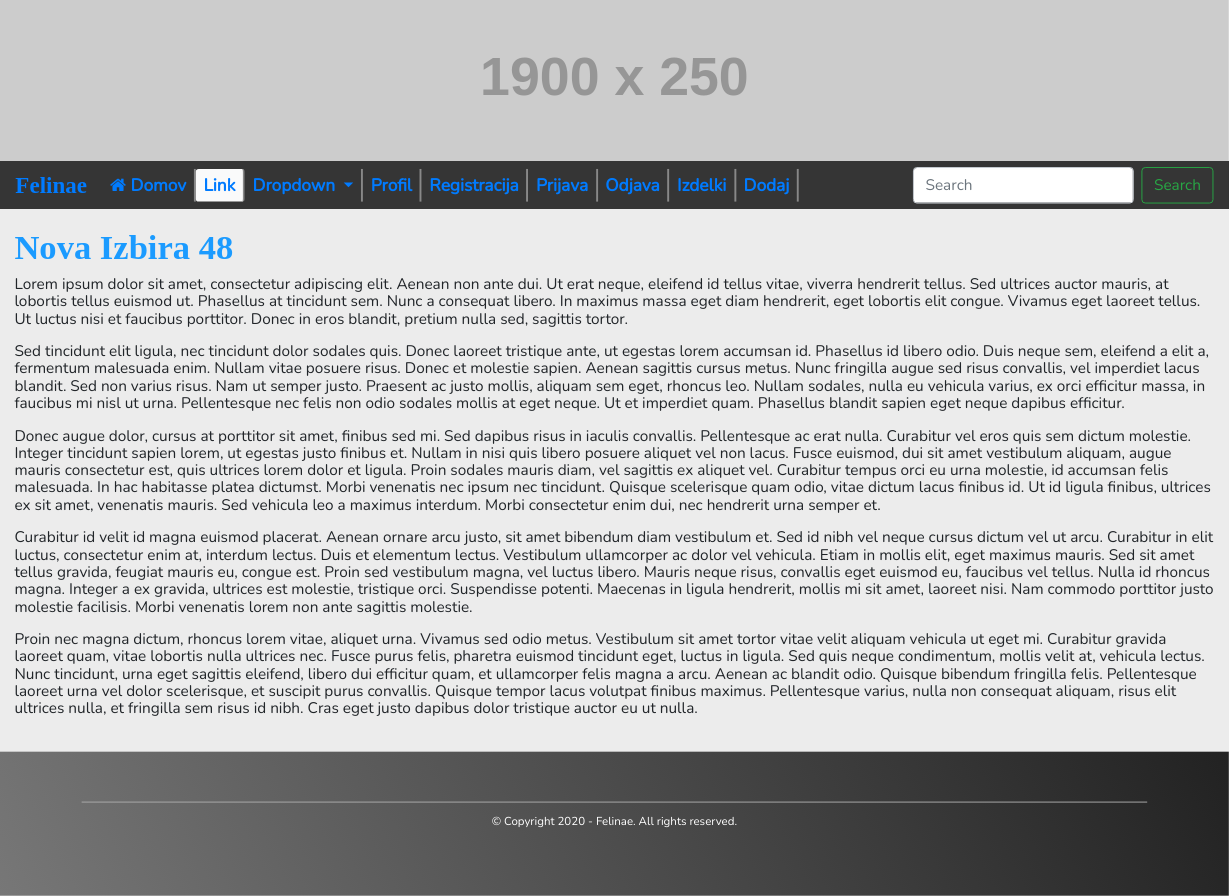
Repository: UrbyK/Felinae
Page: http://localhost/index.php?page=home
The author's editor kept a copy of each file at every save. The page is drawn from the files as they stood at one save, then again after the next save.
The browser window is 1280 px wide. The pictures show the whole page, at 96% of full size.
Some web fonts or font styles are not loaded; a fallback is used. The page is run by PHP 8.4 with error messages shown; the project is at /var/www/html/.

Above is the page before, as saved 2020-08-29 19:02:32.

### index.php
<?php
    session_start();

    include './functions.php';

    $pdo = pdo_connect_mysql();

    $_GET   = filter_input_array(INPUT_GET, FILTER_SANITIZE_STRING);
    $_POST  = filter_input_array(INPUT_POST, FILTER_SANITIZE_STRING);

    $page = isset($_GET['page']) && file_exists($_GET['page']. '.php') ? $_GET['page'] : 'home';
    include $page . '.php';

    template_footer();

?>

### functions.php
<?php
    include './includes/dbh.inc.php';

    include_once('./includes/search-functions.php');
    include_once('./includes/picture-upload.inc.php');

    function template_header($title){
        include_once('./header.php');
    }

    function template_footer(){
        include_once('./footer.php');
    }


    function countries(){
        $pdo = pdo_connect_mysql();
        $stmt = $pdo->prepare("SELECT * FROM country");
        $stmt->execute();
        $result = $stmt->fetchAll(PDO::FETCH_ASSOC);
        return $result;
    }

    function slugify($string){
        return strtolower(trim(preg_replace('/[^A-Za-z0-9-]+/', '-', $string), '-'));
    }

    function get_image($product_id){
        $pdo = pdo_connect_mysql();
        $stmt = $pdo->prepare("SELECT * FROM product_image WHERE product_id = ?");
        $stmt->execute([$product_id]);
        $result = $stmt->fetchAll(PDO::FETCH_ASSOC);
        return $result;
    }

    function retail_price($product_id){
        $pdo = pdo_connect_mysql();
        $stmt = $pdo->prepare("SELECT * FROM product WHERE ID = ?");
        $stmt->execute([$product_id]);
        $product = $stmt->fetch();

        if($product['startsAt'] <= date('Y-m-d H:i:s') && date('Y-m-d H:i:s') <= $product['endsAt']){
            $retail_price = round($product['price']-($product['price']*($product['discount']/100)), 2);
        }
        else{
            $retail_price = $product['price'];
        }

        return $retail_price;

    }

?>

### includes/dbh.inc.php
<?php
    function pdo_connect_mysql(){
        /* credentials */
        $dbHost = 'localhost';
        $dbUser = 'root';
        $dbPass = '';
        $dbName = 'felinae';

        try{
            return new PDO('mysql:host=' . $dbHost . ';dbname=' . $dbName . ';charset=utf8', $dbUser, $dbPass);
        } catch (PDOException $exception) {
            // If there is an error with the connection, stop the script and display the error.
            die ('Failed to connect to database!'. $exception->getMessage());
        }
    }
?>

### includes/search-functions.php
<?php
    function get_city($pdo, $city, $postalCode, $country_id){

        $query = "SELECT * FROM city WHERE country_id = ? AND lower(city) LIKE lower(?) AND postalCode = ?";
        $stmt = $pdo->prepare($query);
        $stmt->execute([$country_id, $city, $postalCode]);
        return $stmt;
    }
?>

### includes/picture-upload.inc.php
<?php

    function image_upload($product_id, $url, $caption, $i){

        $pdo = pdo_connect_mysql();
        $target_dir = "./uploads/";
        $relative_dir = "./uploads/";

        $change_name = date("Y-m-d-h-i-s")."-".$product_id."-".basename($url);
        $change_name;
        $target_file = $target_dir . $change_name;
        $relative_file = $relative_dir . $change_name;

        $uploadOk = 1;
        $imageFileType = strtolower(pathinfo($target_file,PATHINFO_EXTENSION));

        if(isset($_POST["submit"])) {
            $check = getimagesize($_FILES["image"]["tmp_name"][$i]);
            if($check !== false) {
                //echo "File is an image - " . $check["mime"] . ".";
                $uploadOk = 1;
            } else {
                //echo "File is not an image.";
                $uploadOk = 0;
            }
        }

        if($imageFileType != "jpg" && $imageFileType != "png" && $imageFileType != "jpeg"
        && $imageFileType != "gif" ) {
            $uploadOk = 0;
        }

        if ($uploadOk == 1) {
            if (move_uploaded_file($_FILES["image"]["tmp_name"][$i], $target_file)) {
                //vse je ok, zapišem še v bazo
                $query = "INSERT INTO product_image(product_id, image, caption) VALUES (?,?,?)";
                $stmt = $pdo->prepare($query);
                $stmt->execute([$product_id, $relative_file, $caption]);
            }
        }
    }

?>

### home.php
<?=template_header('Home')?>
<div class="row">
    <h1>Nova Izbira 48</h1>
    <p>
    Lorem ipsum dolor sit amet, consectetur adipiscing elit. Aenean non ante dui. Ut erat neque, eleifend id tellus vitae, viverra hendrerit tellus. Sed ultrices auctor mauris, at lobortis tellus euismod ut. Phasellus at tincidunt sem. Nunc a consequat libero. In maximus massa eget diam hendrerit, eget lobortis elit congue. Vivamus eget laoreet tellus. Ut luctus nisi et faucibus porttitor. Donec in eros blandit, pretium nulla sed, sagittis tortor.
    </p>
    <p>
    Sed tincidunt elit ligula, nec tincidunt dolor sodales quis. Donec laoreet tristique ante, ut egestas lorem accumsan id. Phasellus id libero odio. Duis neque sem, eleifend a elit a, fermentum malesuada enim. Nullam vitae posuere risus. Donec et molestie sapien. Aenean sagittis cursus metus. Nunc fringilla augue sed risus convallis, vel imperdiet lacus blandit. Sed non varius risus. Nam ut semper justo. Praesent ac justo mollis, aliquam sem eget, rhoncus leo. Nullam sodales, nulla eu vehicula varius, ex orci efficitur massa, in faucibus mi nisl ut urna. Pellentesque nec felis non odio sodales mollis at eget neque. Ut et imperdiet quam. Phasellus blandit sapien eget neque dapibus efficitur.
    </p>
    <p>
    Donec augue dolor, cursus at porttitor sit amet, finibus sed mi. Sed dapibus risus in iaculis convallis. Pellentesque ac erat nulla. Curabitur vel eros quis sem dictum molestie. Integer tincidunt sapien lorem, ut egestas justo finibus et. Nullam in nisi quis libero posuere aliquet vel non lacus. Fusce euismod, dui sit amet vestibulum aliquam, augue mauris consectetur est, quis ultrices lorem dolor et ligula. Proin sodales mauris diam, vel sagittis ex aliquet vel. Curabitur tempus orci eu urna molestie, id accumsan felis malesuada. In hac habitasse platea dictumst. Morbi venenatis nec ipsum nec tincidunt. Quisque scelerisque quam odio, vitae dictum lacus finibus id. Ut id ligula finibus, ultrices ex sit amet, venenatis mauris. Sed vehicula leo a maximus interdum. Morbi consectetur enim dui, nec hendrerit urna semper et.
    </p>
    <p>
    Curabitur id velit id magna euismod placerat. Aenean ornare arcu justo, sit amet bibendum diam vestibulum et. Sed id nibh vel neque cursus dictum vel ut arcu. Curabitur in elit luctus, consectetur enim at, interdum lectus. Duis et elementum lectus. Vestibulum ullamcorper ac dolor vel vehicula. Etiam in mollis elit, eget maximus mauris. Sed sit amet tellus gravida, feugiat mauris eu, congue est. Proin sed vestibulum magna, vel luctus libero. Mauris neque risus, convallis eget euismod eu, faucibus vel tellus. Nulla id rhoncus magna. Integer a ex gravida, ultrices est molestie, tristique orci. Suspendisse potenti. Maecenas in ligula hendrerit, mollis mi sit amet, laoreet nisi. Nam commodo porttitor justo molestie facilisis. Morbi venenatis lorem non ante sagittis molestie.
    </p>
    <p>
    Proin nec magna dictum, rhoncus lorem vitae, aliquet urna. Vivamus sed odio metus. Vestibulum sit amet tortor vitae velit aliquam vehicula ut eget mi. Curabitur gravida laoreet quam, vitae lobortis nulla ultrices nec. Fusce purus felis, pharetra euismod tincidunt eget, luctus in ligula. Sed quis neque condimentum, mollis velit at, vehicula lectus. Nunc tincidunt, urna eget sagittis eleifend, libero dui efficitur quam, et ullamcorper felis magna a arcu. Aenean ac blandit odio. Quisque bibendum fringilla felis. Pellentesque laoreet urna vel dolor scelerisque, et suscipit purus convallis. Quisque tempor lacus volutpat finibus maximus. Pellentesque varius, nulla non consequat aliquam, risus elit ultrices nulla, et fringilla sem risus id nibh. Cras eget justo dapibus dolor tristique auctor eu ut nulla.
    </p>
</div>

<?=template_footer()?>

### header.php
<!DOCTYPE html>
<html>
    <head>
        <meta charset="utf-8" content="text/html"/>
        <meta name="viewport" content="width=device-width, intital-scale=1.0"/>

        <!-- JavaScript -->
        <script src="https://code.jquery.com/jquery-3.5.1.js" integrity="sha256-QWo7LDvxbWT2tbbQ97B53yJnYU3WhH/C8ycbRAkjPDc=" crossorigin="anonymous"></script>
        <!-- Boostrap -->
            <!-- CSS -->
        <link rel="stylesheet" href="https://stackpath.bootstrapcdn.com/bootstrap/4.5.0/css/bootstrap.min.css"
            integrity="sha384-9aIt2nRpC12Uk9gS9baDl411NQApFmC26EwAOH8WgZl5MYYxFfc+NcPb1dKGj7Sk" crossorigin="anonymous" />

            <!-- JavaScript -->
        <script src="https://stackpath.bootstrapcdn.com/bootstrap/4.5.0/js/bootstrap.bundle.min.js"
             integrity="sha384-1CmrxMRARb6aLqgBO7yyAxTOQE2AKb9GfXnEo760AUcUmFx3ibVJJAzGytlQcNXd" crossorigin="anonymous"></script>

        <!-- FONTAWESOME -->
        <link rel="stylesheet" href="https://stackpath.bootstrapcdn.com/font-awesome/4.7.0/css/font-awesome.min.css" integrity="sha384-wvfXpqpZZVQGK6TAh5PVlGOfQNHSoD2xbE+QkPxCAFlNEevoEH3Sl0sibVcOQVnN"
         crossorigin="anonymous">

         <script src="./js/active-menu.js" crossorigin="anonymous"></script>

         <!--CUSTOM CSS-->
         <link rel="stylesheet" href="./css/style.css">

        <title>Felinae</title>
    </head>

    <body>

        <header>
            <div class="banner"><img src="https://via.placeholder.com/1900x250" alt="banner"></div>
        </header>

       <!-- <nav class="navbar sticky-top navbar-expand-lg navbar-light bg-light ">-->
        <nav class="navbar sticky-top navbar-expand-lg">
            <a class="navbar-brand" href="#">Felinae</a>
            <button class="navbar-toggler ml-auto custom-toggler" type="button" data-toggle="collapse" data-target="#navbarSupportedContent" aria-controls="navbarSupportedContent" aria-expanded="false" aria-label="Toggle navigation">
                <span class="navbar-toggler-icon"></span>
            </button>

            <div class="collapse navbar-collapse" id="navbarSupportedContent">

                <ul class="navbar-nav mr-auto">
                    <li class="nav-item">
                        <a class="nav-link" href="./index.php"><i class="fa fa-home" aria-hidden="true"></i> Domov <span class="sr-only">(current)</span></a>
                    </li>
                    <li class="nav-item">
                        <a class="nav-link" href="./index.php?page=home">Link</a>
                    </li>
                    <li class="nav-item dropdown" >
                        <a class="nav-link dropdown-toggle" href="#" id="navbarDropdown" role="button" data-toggle="dropdown" aria-haspopup="true" aria-expanded="false">
                        Dropdown
                        </a>
                        <div class="dropdown-menu" aria-labelledby="navbarDropdown">
                        <a class="dropdown-item" href="#">Action</a>
                        <a class="dropdown-item" href="#">Another action</a>
                        <div class="dropdown-divider"></div>
                        <a class="dropdown-item" href="#">Something else here</a>
                        </div>
                    </li>

                    <li class="nav-item">
                        <a class="nav-link" href="./index.php?page=profile">Profil</a>
                    </li>
                    <li class="nav-item">
                        <a class="nav-link" href="./index.php?page=register-user">Registracija</a>
                    </li>
                    <li class="nav-item">
                        <a class="nav-link" href="./index.php?page=login">Prijava</a>
                    </li>
                    <li class="nav-item">
                        <a class="nav-link" href="./index.php?page=logout">Odjava</a>
                    </li>
                    <li class="nav-item">
                        <a class="nav-link" href="./index.php?page=products">Izdelki</a>
                    </li>
                    <li class="nav-item">
                        <a class="nav-link" href="./index.php?page=product-add">Dodaj</a>
                    </li>

                </ul>

                <form class="form-inline my-2 my-lg-0">
                    <input class="form-control mr-sm-2" type="search" placeholder="Search" aria-label="Search">
                    <button class="btn btn-outline-success my-2 my-sm-0" type="submit">Search</button>
                </form>

            </div>
        </nav>

    <div class="container-fluid">

### footer.php
    </div><!-- class="container-fluid" --->

        <footer class="page-footer font-small flow-footer" id="footer" role="contentinfo">
            <div class="footer-wrapper">
                <div class="container container-footer">
                    <div class="row">

                        <div class="col-12 copy">

                            <p class="text-center">&copy; Copyright 2020 - Felinae.  All rights reserved.</p>

                        </div>

                    </div>
                </div>
            </div>
        </footer>





    </body>
</html>

### js/active-menu.js
$(function(){
    // this will get the full URL at the address bar
    var url = window.location.href;

    // passes on every "a" tag
    $(".navbar a").each(function() {
            // checks if its the same on the address bar
        if(url === (this.href)) {
            $(this).closest("li").addClass("active");
        }
    });
});

### css/style.css
@import url('http://fonts.googleapis.com/css?family=Oxygen+Mono');
@import url('https://fonts.googleapis.com/css?family=Damion|Neucha|Pacifico|Yellowtail&display=swap');
@import url('https://fonts.googleapis.com/css2?family=Crimson+Text&family=Nunito&family=Overlock&family=Source+Sans+Pro&display=swap');
@import url('https://fonts.googleapis.com/css2?family=Love+Ya+Like+A+Sister&display=swap');

*{
    text-decoration: none;
    list-style: none;
}

body{
    padding: 0;
    margin: 0 auto;
    font-size: 16px;
    line-height: 1.125em;
    font-family: 'Nunito', 'Source Sans Pro', sans-serif;
    background-color: #ececec;
    height: 100%;
}

h1, h2, h3, h4, h5, h6{
    font-family: 'Overlock', 'Crimson Text', cursive, serif;
    color: #1b9bff;
    font-weight: 550;
    line-height: 1.125em;
}

h1{
    font-size: 36px;
}
h2{
    font-size: 32px;
}
h3{
    font-size: 28px;
}
h4{
    font-size: 24px;
}
h5{
    font-size: 20px;
}
h6{
    font-size: 16px;
}

.container, .container-fluid{
  height: 100%;
  min-height: 100%;
}

/* BANNER */

@media all and (max-width: 800px){
  .banner{
     display: none;
  }
}

.banner img{
    width: 100%;
    height: auto;
}

/*NAVBAR*/
.navbar{
    background-color: rgb(53,53,53);
    font-size: 18px;
    font-weight: 600;
    max-height: 50px;
}

.navbar-brand{
    font-size: 24px;
    font-family: 'Love Ya Like A Sister','Overlock';
    font-weight: 800;

}

.custom-toggler .navbar-toggler-icon {
    background-image: url("data:[embedded picture, 239 characters]");
  }

  .custom-toggler, .navbar-toggler {
    border-color: rgb(27, 155, 255);
    border-width: 2px;
  }

  .active{
    background-color: #FAFAFA;
    border-radius: 3px;
  }
.navbar-nav .nav-item{
    border-right: 2px solid #888;
}

/*=======FOOTER=========*/
footer {
  background: #535355;
  background: -webkit-linear-gradient(63deg, #777777, #222222);
  background: linear-gradient(63deg, #777777, #222222);
  color: white;
  height: 150px;
  position: relative;
  width: 100%;
}

footer a {
  color: #fefefe;
  font-size: 14px;
  transition-duration: 0.2s;
}

footer a:hover {
  color: #1b9bff;
  text-decoration: none;
}

.copy {
  font-size: 12px;
  padding: 10px;
  border-top: 1px solid #aaa;
}

.footer-wrapper {
  padding-top: 2em;
  color: white;
}



/*REGISTER/LOGIN FORM*/

.my-form .hint{
    font-size: 10px;
}

/*======PRODUCT ADD======*/
.form-group .col #charNum{
  float: right;
}

/*======== HOVERBOX ==============*/
/* displays text when you hover over the image */
.hvrbox,
.hvrbox * {
  box-sizing: border-box;
}

.hvrbox {
  position: relative;
  display: inline-block;
  overflow: hidden;

  height: 100%;
  width: auto;
  margin-top: 5%;
  padding-bottom: 10px;

  border-bottom: 1px dashed #aaa;
}

.hvrbox img {
  max-width: 100%;
  margin: auto;
}

.hvrbox .hvrbox-layer_bottom {
  display: block;
}

.hvrbox .hvrbox-layer_top {
  opacity: 0;
  position: absolute;
  top: 0;
  left: 0;
  right: 0;
  bottom: 0;
  width: 100%;
  height: 100%;
  background: rgba(0, 0, 0, 0.6);
  color: #fff;
  padding: 15px;
  -moz-transition: all 0.5s ease-in-out 0s;
  -webkit-transition: all 0.5s ease-in-out 0s;
  -ms-transition: all 0.5s ease-in-out 0s;
  transition: all 0.5s ease-in-out 0s;
}

.hvrbox:hover .hvrbox-layer_top,
.hvrbox.active .hvrbox-layer_top {
  opacity: 1;
  height: 100%;
}

.hvrbox .hvrbox-text {
  text-align: center;
  font-size: 17px;
  display: inline-block;
  position: absolute;
  top: 50%;
  left: 50%;
  -moz-transform: translate(-50%, -50%);
  -webkit-transform: translate(-50%, -50%);
  -ms-transform: translate(-50%, -50%);
  transform: translate(-50%, -50%);
}

.hvrbox .hvrbox-text_mobile {
  font-size: 15px;
  border-top: 1px solid rgb(179, 179, 179); /* for old browsers */
  border-top: 1px solid rgba(179, 179, 179, 0.7);
  margin-top: 5px;
  padding-top: 2px;
  display: none;
}

.hvrbox.active .hvrbox-text_mobile {
  display: block;
}

.hvrbox .hvrbox-layer_slideup {
  -moz-transform: translateY(100%);
  -webkit-transform: translateY(100%);
  -ms-transform: translateY(100%);
  transform: translateY(100%);
}

.hvrbox:hover .hvrbox-layer_slideup,
.hvrbox.active .hvrbox-layer_slideup {
  -moz-transform: translateY(0);
  -webkit-transform: translateY(0);
  -ms-transform: translateY(0);
  transform: translateY(0);
}

.hvrbox:hover .price{
  color: #fff;
  -moz-transition: color 0.8s ease 0s;
  -webkit-transition: color 0.8s ease 0s;
  -ms-transition: color 0.8s ease 0s;
  transition: color 0.8s ease 0s;
}

/*========PRODUCTS=========*/
.card-btn form input{
  max-width: 250px;
  width: 100%;
}

form input[type="number"] {
  width: 100%;
	padding: 10px;
	margin-bottom: 15px;
	border: 1px solid #aaa;
	color: #555555;
  border-radius: 5px;
  -moz-appearance: textfield;
}

form input[type="submit"] {
	background-color: #1b9bff;;
	border: 0;
	color: #FFFFFF;
	width: 100%;
	padding: 12px 0;
	text-transform: uppercase;
	font-size: 14px;
	font-weight: bold;
	border-radius: 5px;
  cursor: pointer;

}

form input[type="submit"]:hover {
	background-color: #1a5f94;;
}


.product-item {
  background-color: #fff;
  border: 1px solid black;
}

.product-name{
  font-size: 16px;
  /*padding-top: 15px;*/
  font-weight: bold;
  color: #1b9bff;
  font-family: 'Franklin Gothic Medium', 'Arial Narrow', Arial, sans-serif;
}

.product-name:hover{
color: #1a5f94;
}



/* THUMBNAIL FOR IMAGE PREVIEW ON PRODUCTS*/
.img-thumbnail{
  max-height: 100%;
  height: auto;
  width: auto;
}

.row{
  margin: 20px auto;
}


/* CARD */
.products-preview{
  max-height: 450px;
}

.products-preview-body{
  height: 200px;

}

.products-preview-body ul{
  list-style: none;
  padding: 0;
}
/*
.products-preview-body span {
  position: relative;
  display: block;
}*/

/*==products prices==*/
.card-btn{
  margin: 20px auto;
}

.price{
  font-weight: bold;
  font-size: 20px;
  color: #3f3f3f;
  }

.old-price{
  font-size: 20px;
  margin: 0 5px;
  font-weight: normal;
  color: #777;
}

.discount{
  font-size: 18px;
  color: #eee;
  font-weight: 900;
  border: 2px solid #009900;
  border-radius: 50%;
  background-color: #009900;
  margin: 3px;
  padding: 5px;
  float: right;
  text-decoration: none;
}

del, .old-price{
  text-decoration: line-through;
}

input[type=submit]:disabled{
  background-color: #346081;
}

.product-picture{
  display: flex;
  align-items: center;
  justify-content: center;
}

.product-picture img{
  align-items: center;
  justify-content: center;
  max-width: 100%;
  margin: auto;
  border: 2px solid #aaa;
  max-height: 650px;
  /*border-radius: 50px;*/
}



.product-info{
  margin: auto 0;
  padding-right: 5%;
  padding-bottom: 55px;
  background-color: #efefef;
}

.product-info h1 {
	font-size: 34px;
	font-weight: normal;
	margin: 0;
  padding: 20px 0 10px 0;
  color: #1b9bff;
  font-family:  'Franklin Gothic Medium', 'Arial Narrow', Arial, sans-serif;
}

.product-info .price {
	display: block;
	font-size: 22px;
}

.product-info form {
	display: flex;
	flex-flow: column;
  margin: 40px 0;
}

.product-info form input,
.card-btn form input{
  max-width: 250px;
  width: 100%;
}

.product-info form input[type="number"],
.card-btn form input[type="number"],
.cart form input[type="number"] {
  width: 100%;
	padding: 10px;
	margin-bottom: 15px;
	border: 1px solid #aaa;
	color: #555555;
  border-radius: 5px;
  -moz-appearance: textfield;
}

.product-info form input[type="submit"],
.card-btn form input[type="submit"] {
	background-color: #1b9bff;;
	border: 0;
	color: #FFFFFF;
	width: 100%;
	padding: 12px 0;
	text-transform: uppercase;
	font-size: 14px;
	font-weight: bold;
	border-radius: 5px;
  cursor: pointer;

}
.product-info form input[type="submit"]:hover,
.card-btn form input[type="submit"]:hover {
	background-color: #1a5f94;;
}
/*
.product-price .old-price{
  float: left;
}
*/
li .discount{
  float: none;
  text-decoration: none !important;
}

.product-price .retail-price{
  font-size: 38px;
  margin-top: 24px;
}

/*===CAROUSEL===*/
.carousel-control:hover{
  background-color: rgba(51, 51, 51, 0.5);
}

.carousel-inner {
  margin: auto 0;
}

.sales-date{
  margin-bottom: 10px;
  font-size: 18px;
  color: #009900;
}

.whitespace{
  white-space: pre-wrap;
}

.products-preview{
  margin: 5px auto;
}

.measurements{
  white-space: nowrap;
}

.measurements li{
  display: inline;
}


/*======FOOTER======*/

After the next save:
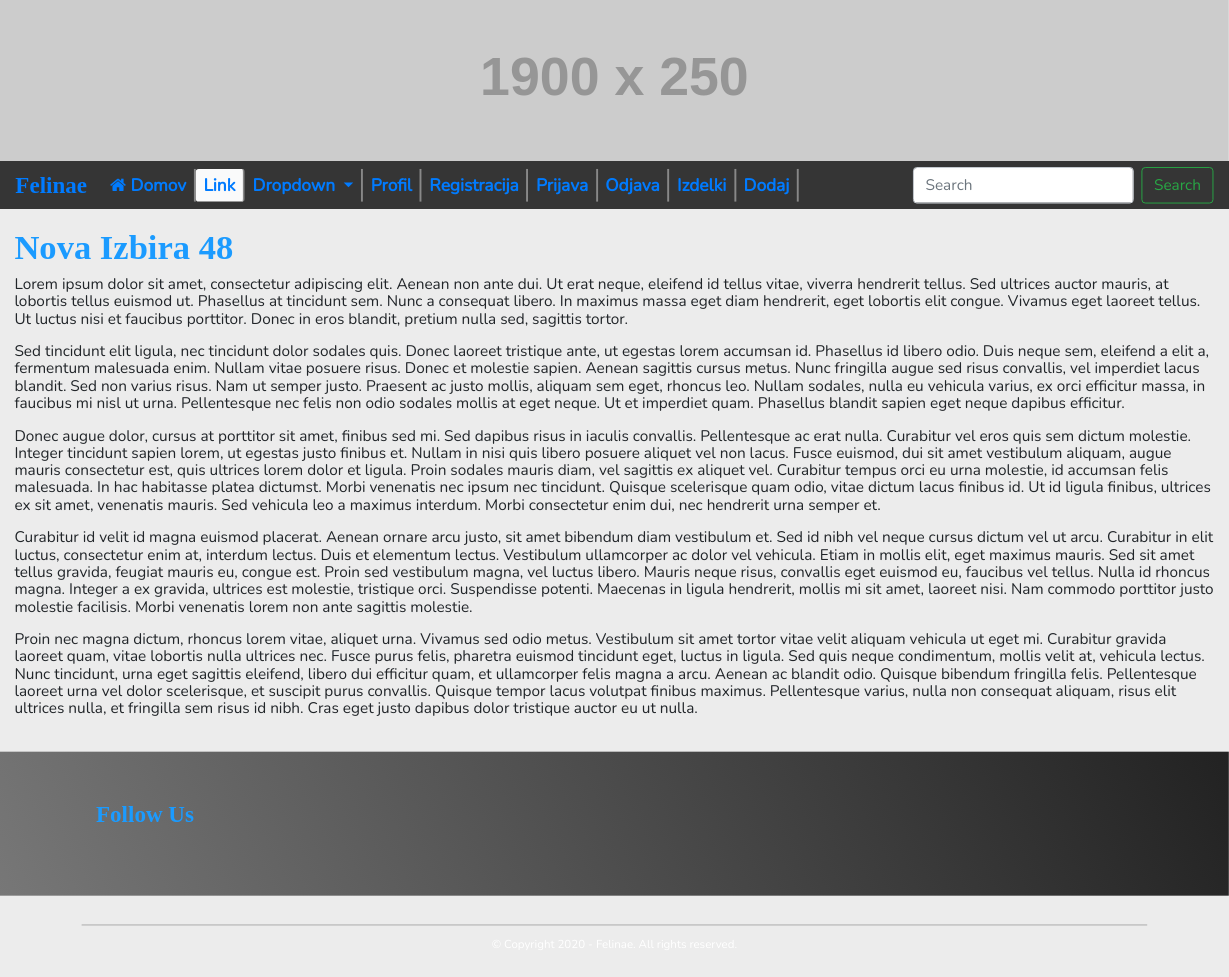
Saved 14 min 53 s later.
--- a/footer.php
+++ b/footer.php
@@ -4,6 +4,16 @@
             <div class="footer-wrapper">
                 <div class="container container-footer">
                     <div class="row">
+                    <div class="col-12">
+                        <h4>Follow Us</h4>
+                        <ul class="social-network social-circle">
+                            <li><a href="https://www.facebook.com" target="_blank" class="icoFacebook" title="Facebook"><i class="fab fa-facebook-f"></i></a></li>
+                            <li><a href="https://www.linkedin.com" target="_blank" class="icoLinkedin" title="Linkedin"><i class="fab fa-linkedin-in"></i></a></li>
+                            <li><a href="https://www.youtube.com" target="_blank" class="icoYoutube" title="Youtube"><i class="fab fa-youtube"></i></a></li>
+                            <li><a href="https://twitter.com" target="_blank" class="icoTwitter" title="Twitter"><i class="fab fa-twitter"></i></a></li>
+                        </ul>
+                        </div> <!-- footer-pad -->
+                    </div> <!-- col col-lg col-md col-sm -->
 
                         <div class="col-12 copy">
 
